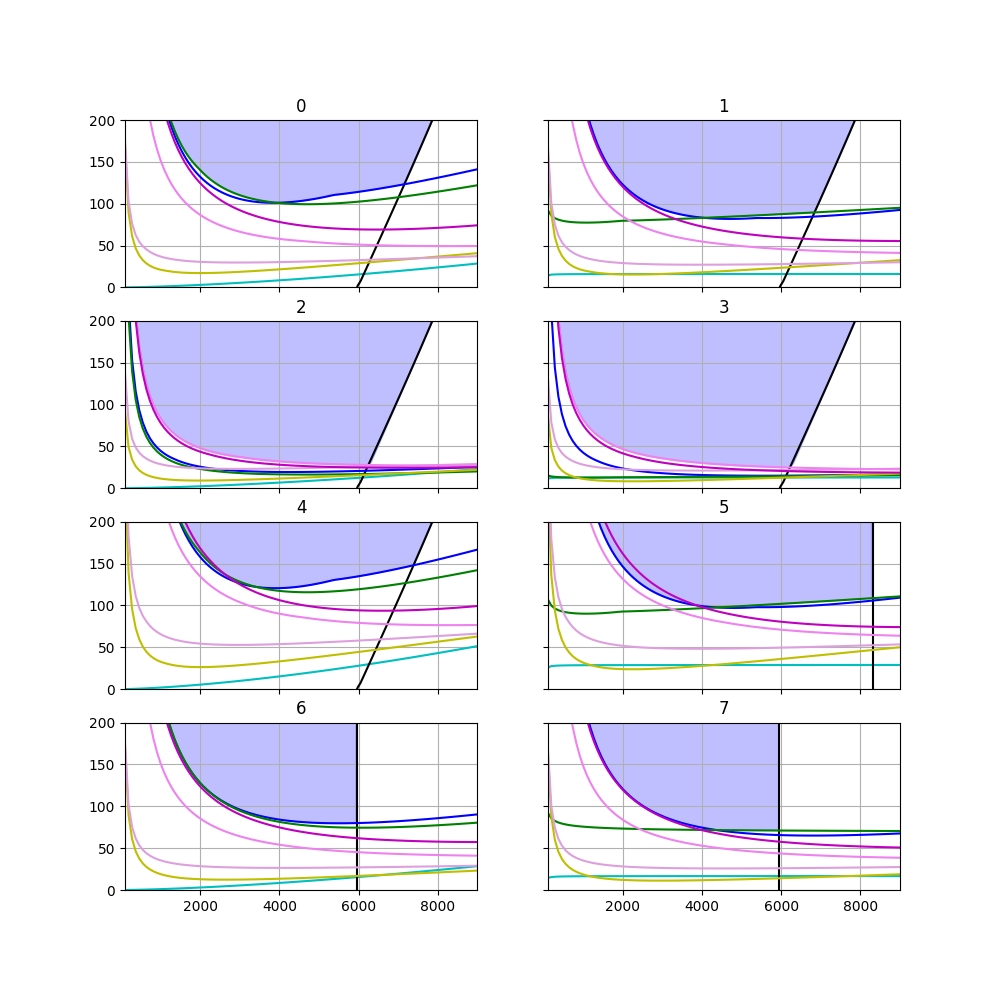
Repository: 12libao/DEA
Script's output: python Sizing_Method/ConstrainsAnalysis/ConstrainsAnalysisPDP1P2.py
An editor plug-in stored every save of this project. The script's output is shown before and after the next save, followed by the edit.
Random numbers start from a fixed seed.

Above is the script's output before, as saved 2021-07-12 15:29:07.

After the next save:
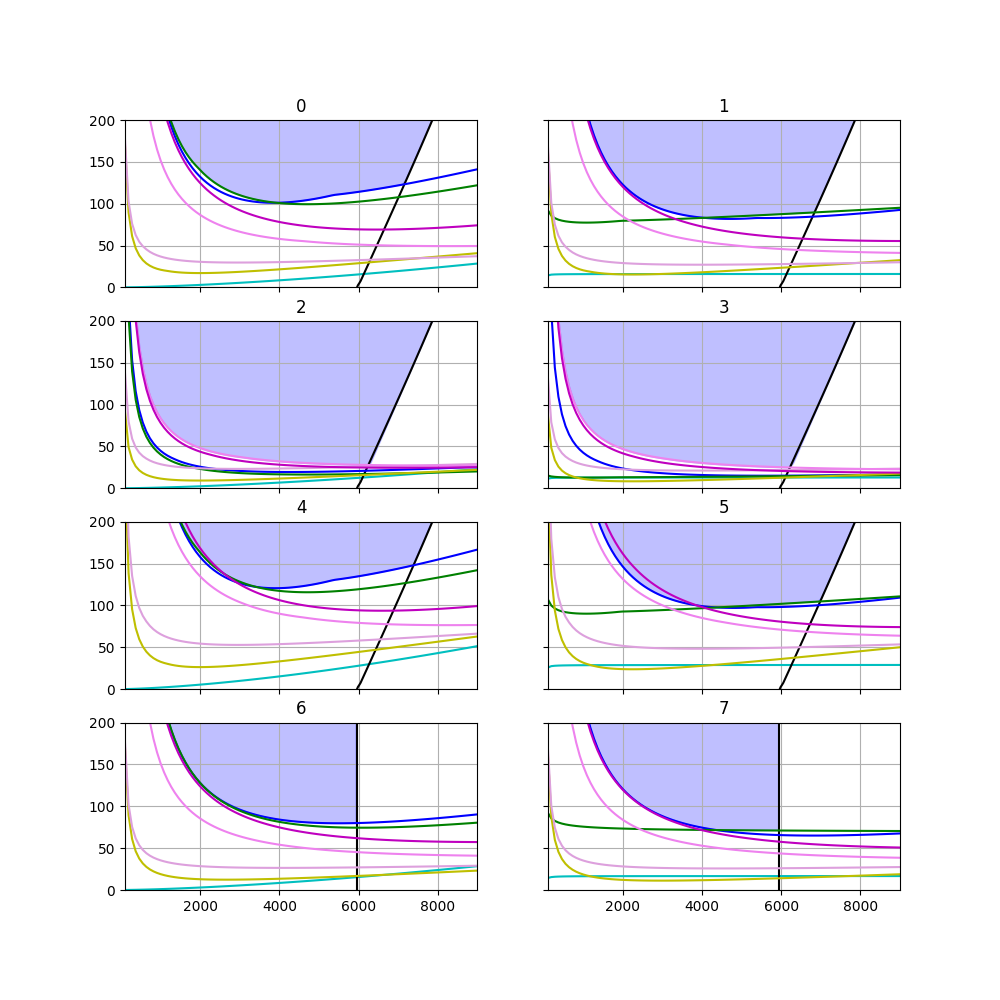
Saved 15 s later.
--- a/Sizing_Method/ConstrainsAnalysis/ConstrainsAnalysisPDP1P2.py
+++ b/Sizing_Method/ConstrainsAnalysis/ConstrainsAnalysisPDP1P2.py
@@ -536,8 +536,8 @@ if __name__ == "__main__":
                         p_w[i, j, k] = p_w[i, j, 0] + p_w[i, j, 2]
                 else:
                     if i == 1:
-                        p_w[i, j, k] = ConstrainsAnalysis_Gudmundsson_Method_with_DP_turbofun(
-                            h, v, beta, w_s[j], hp).allFuncs[i](problem)
+                        problem = methods[k](h, v, beta, w_s[j], hp)
+                        p_w[i, j, k] = problem.allFuncs[i](problem)
                     else:
                         p_w[i, j, k] = p_w[i, j, 1] + p_w[i, j, 3]
 
